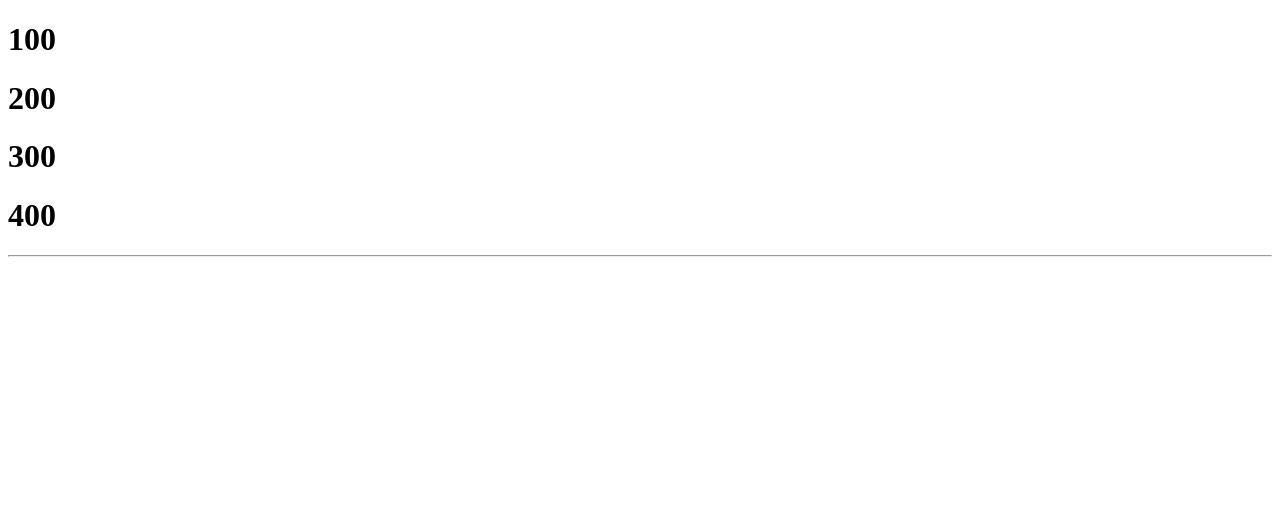
Repository: PankajSutharPersistent/vm-backup
Page: workspaceJavaScript/JSDemo/step-19.html
The author's editor kept a copy of each file at every save. The page is drawn from the files as they stood at one save, then again after the next save.
The browser window is 1280 px wide. The pictures show the whole page.

Above is the page before, as saved 2016-12-30 04:55:00.
Console error: TypeError: wc1 is not a function

After the next save:
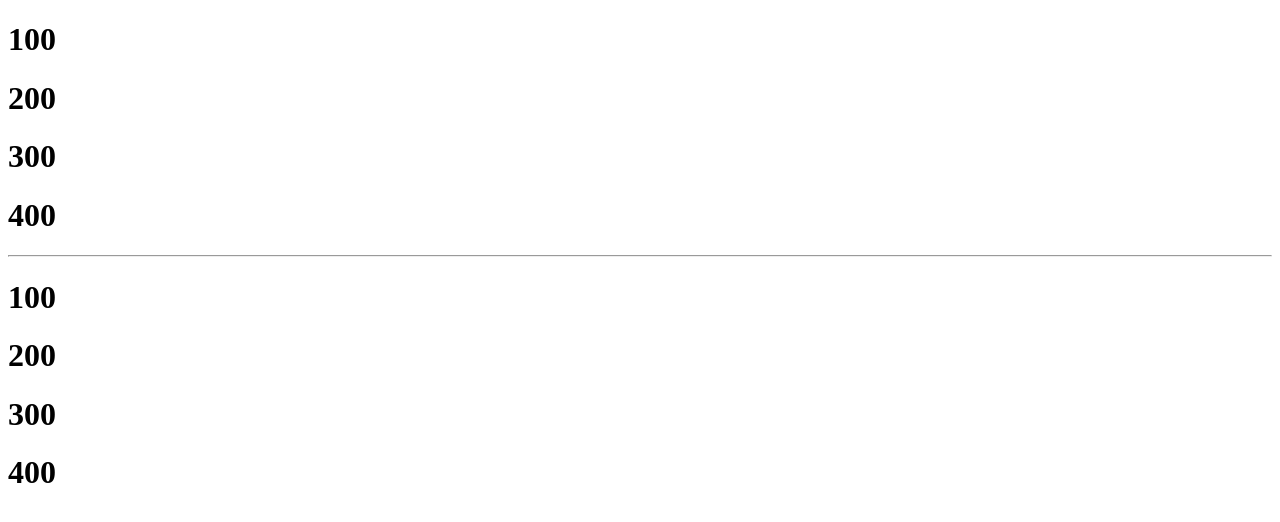
The error is gone.
Saved 15 s later.
--- a/workspaceJavaScript/JSDemo/step-19.html
+++ b/workspaceJavaScript/JSDemo/step-19.html
@@ -42,7 +42,7 @@
 				var wc1=withoutClosure();
 				if(count2<5)
 				{
-					box2.innerHTML +="<h1>"+wc1()+"</h1>"
+					box2.innerHTML +="<h1>"+wc1+"</h1>"
 					count2++;
 				}
 				else
